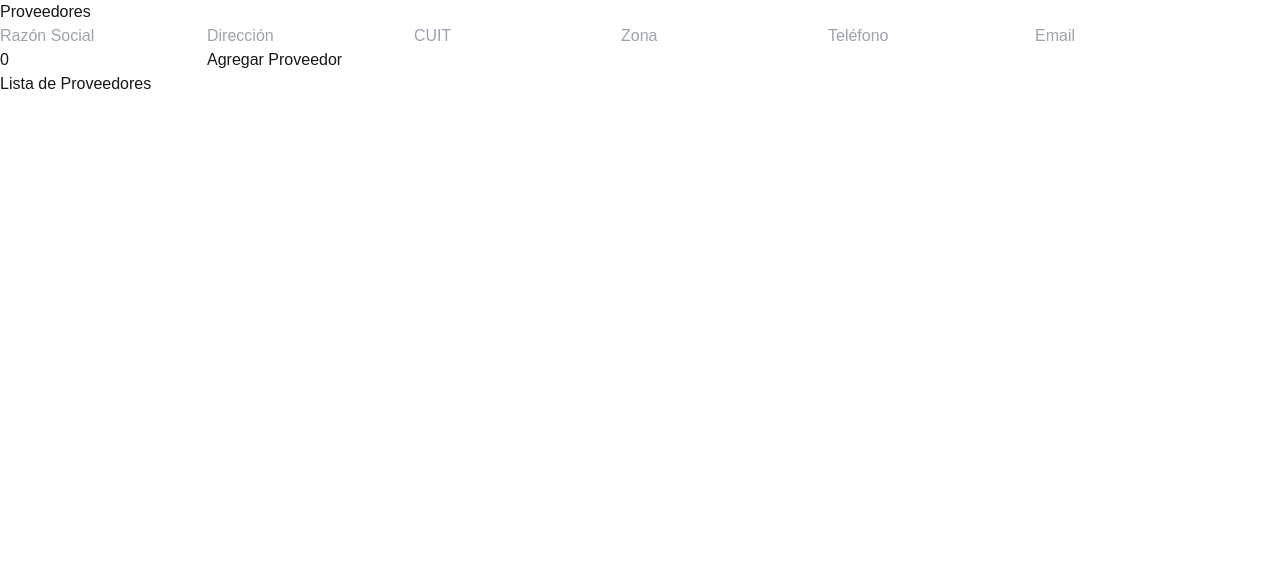
Repository: manucavallera/Sistema-Gestion
Page: /proveedores
These files come from the project's save history. The page is drawn as it stood at one moment and after the next save; the edit follows.
The browser window is 1280 px wide. The pictures show the whole page.
The page's requests for data from a server got no answer. The project was rebuilt for these pictures with package versions that can differ from the ones it lists, and the page was loaded fresh each time. The framework's server and built-in components were replaced by stand-ins that run in the browser. No one was signed in, and anything a server would have sent is missing. Also part of the build but not shown: next.config.mjs.

Above is the page before, as saved 2024-11-12 18:58:11.

After the next save:
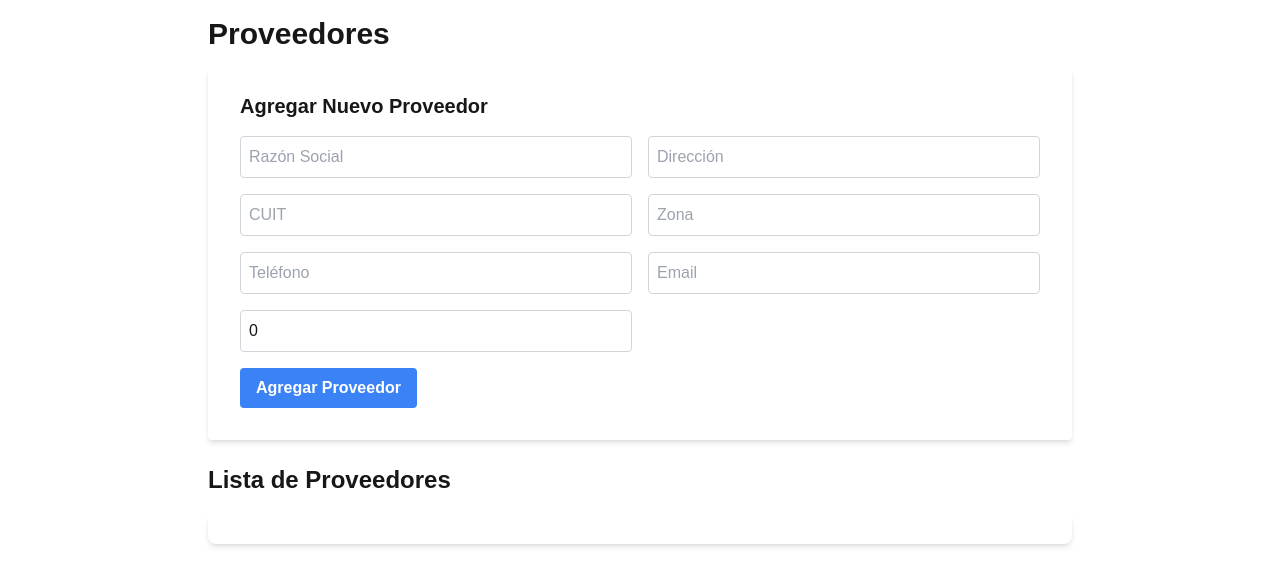
Saved 50 s later.
--- a/src/app/proveedores/page.tsx
+++ b/src/app/proveedores/page.tsx
@@ -1,5 +1,4 @@
 // app/proveedores/page.tsx (o pages/proveedores.tsx)
-"use client";
 import { useEffect, useState } from "react";
 
 interface Proveedor {
@@ -68,69 +67,88 @@ const ProveedoresPage = () => {
   };
 
   return (
-    <div>
-      <h1>Proveedores</h1>
-      <form onSubmit={handleSubmit}>
-        <input
-          type='text'
-          name='razonSocial'
-          placeholder='Razón Social'
-          value={nuevoProveedor.razonSocial}
-          onChange={handleChange}
-          required
-        />
-        <input
-          type='text'
-          name='direccion'
-          placeholder='Dirección'
-          value={nuevoProveedor.direccion}
-          onChange={handleChange}
-          required
-        />
-        <input
-          type='text'
-          name='cuit'
-          placeholder='CUIT'
-          value={nuevoProveedor.cuit}
-          onChange={handleChange}
-          required
-        />
-        <input
-          type='text'
-          name='zona'
-          placeholder='Zona'
-          value={nuevoProveedor.zona}
-          onChange={handleChange}
-        />
-        <input
-          type='text'
-          name='telefono'
-          placeholder='Teléfono'
-          value={nuevoProveedor.telefono}
-          onChange={handleChange}
-        />
-        <input
-          type='email'
-          name='email'
-          placeholder='Email'
-          value={nuevoProveedor.email}
-          onChange={handleChange}
-        />
-        <input
-          type='number'
-          name='saldo'
-          placeholder='Saldo'
-          value={nuevoProveedor.saldo}
-          onChange={handleChange}
-        />
-        <button type='submit'>Agregar Proveedor</button>
+    <div className='max-w-4xl mx-auto p-4'>
+      <h1 className='text-3xl font-bold mb-4'>Proveedores</h1>
+      <form
+        onSubmit={handleSubmit}
+        className='mb-6 bg-white shadow-md rounded px-8 pt-6 pb-8'
+      >
+        <h2 className='text-xl font-semibold mb-4'>Agregar Nuevo Proveedor</h2>
+        <div className='grid grid-cols-1 md:grid-cols-2 gap-4'>
+          <input
+            type='text'
+            name='razonSocial'
+            placeholder='Razón Social'
+            value={nuevoProveedor.razonSocial}
+            onChange={handleChange}
+            required
+            className='border border-gray-300 rounded p-2'
+          />
+          <input
+            type='text'
+            name='direccion'
+            placeholder='Dirección'
+            value={nuevoProveedor.direccion}
+            onChange={handleChange}
+            required
+            className='border border-gray-300 rounded p-2'
+          />
+          <input
+            type='text'
+            name='cuit'
+            placeholder='CUIT'
+            value={nuevoProveedor.cuit}
+            onChange={handleChange}
+            required
+            className='border border-gray-300 rounded p-2'
+          />
+          <input
+            type='text'
+            name='zona'
+            placeholder='Zona'
+            value={nuevoProveedor.zona}
+            onChange={handleChange}
+            className='border border-gray-300 rounded p-2'
+          />
+          <input
+            type='text'
+            name='telefono'
+            placeholder='Teléfono'
+            value={nuevoProveedor.telefono}
+            onChange={handleChange}
+            className='border border-gray-300 rounded p-2'
+          />
+          <input
+            type='email'
+            name='email'
+            placeholder='Email'
+            value={nuevoProveedor.email}
+            onChange={handleChange}
+            className='border border-gray-300 rounded p-2'
+          />
+          <input
+            type='number'
+            name='saldo'
+            placeholder='Saldo'
+            value={nuevoProveedor.saldo}
+            onChange={handleChange}
+            className='border border-gray-300 rounded p-2'
+          />
+        </div>
+        <button
+          type='submit'
+          className='mt-4 bg-blue-500 text-white font-bold py-2 px-4 rounded hover:bg-blue-700 transition duration-300'
+        >
+          Agregar Proveedor
+        </button>
       </form>
 
-      <h2>Lista de Proveedores</h2>
-      <ul>
+      <h2 className='text-2xl font-semibold mb-4'>Lista de Proveedores</h2>
+      <ul className='bg-white shadow-md rounded-lg p-4'>
         {proveedores.map((proveedor) => (
-          <li key={proveedor.id}>
-            {proveedor.razonSocial} - {proveedor.direccion} - {proveedor.cuit}
+          <li key={proveedor.id} className='border-b border-gray-200 py-2'>
+            <span className='font-semibold'>{proveedor.razonSocial}</span> -{" "}
+            {proveedor.direccion} - {proveedor.cuit}
           </li>
         ))}
       </ul>
